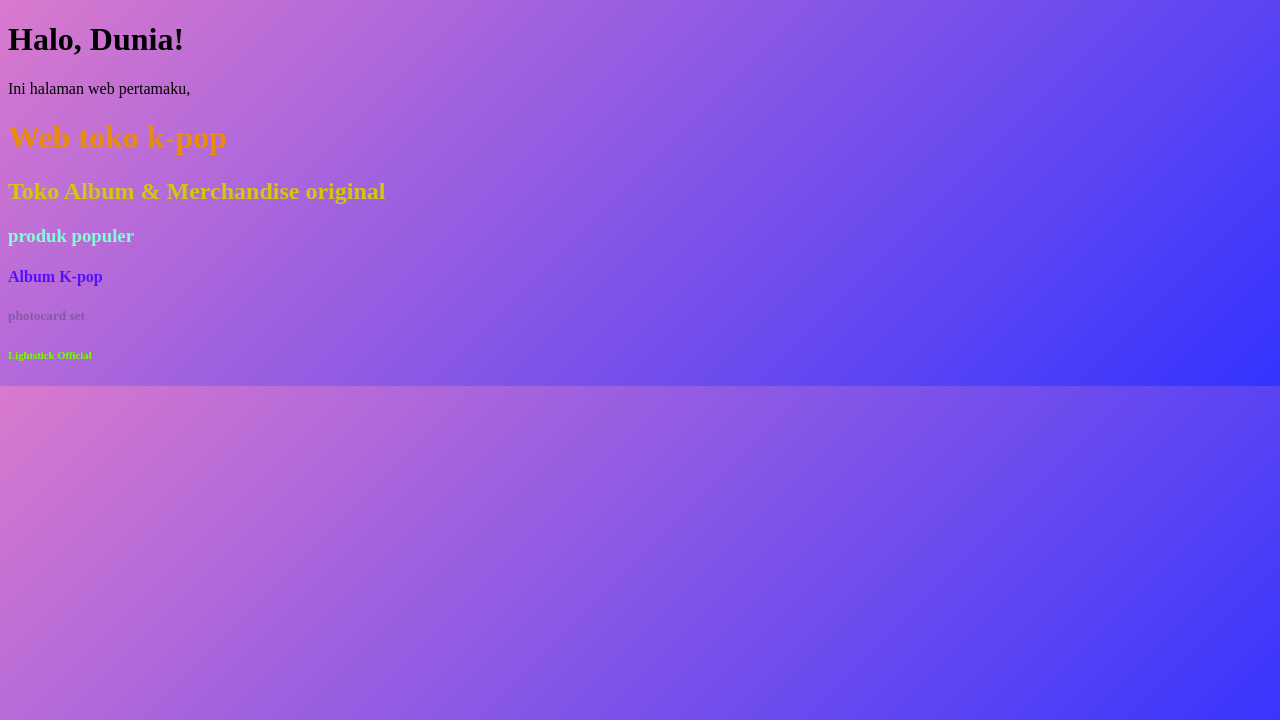
Repository: sekartazivi/241552010020-Web-Application-Development
Page: test.html
The author's editor kept a copy of each file at every save. The page is drawn from the files as they stood at one save, then again after the next save.
The browser window is 1280 px wide. The pictures show the whole page.

Above is the page before, as saved 2026-02-20 08:52:56.

### test.html
<!DOCTYPE html>
<html lang="en">
<head>
    <meta charset="UTF-8">
    <meta name="viewport" content="width=device-width, initial-scale=<,>">
    <title> web toko kpop</title>

    <style>
         body {
            background: linear-gradient(135deg, #d15ec3d3, #3333ff);
        }
    </style>

</head>
<body>
    <h1 style="color: black;">Halo, Dunia!</h1>
    <p>Ini halaman web pertamaku,</p>
    <h1 style="color: rgb(231, 141, 8);">Web toko k-pop</h1>
    <h2 style="color: rgb(210, 200, 11);">Toko Album & Merchandise original</h2>
    <h3 style="color: aquamarine;" >produk populer</h3>
    <h4 style="color: rgb(86, 16, 247);" >Album K-pop</h4>
    <h5 style="color: rgb(130, 91, 166);">photocard set</h5>
    <h6 style="color: rgb(119, 255, 0);">Lightstick Official</h6>
</body>
</html>

After the next save:
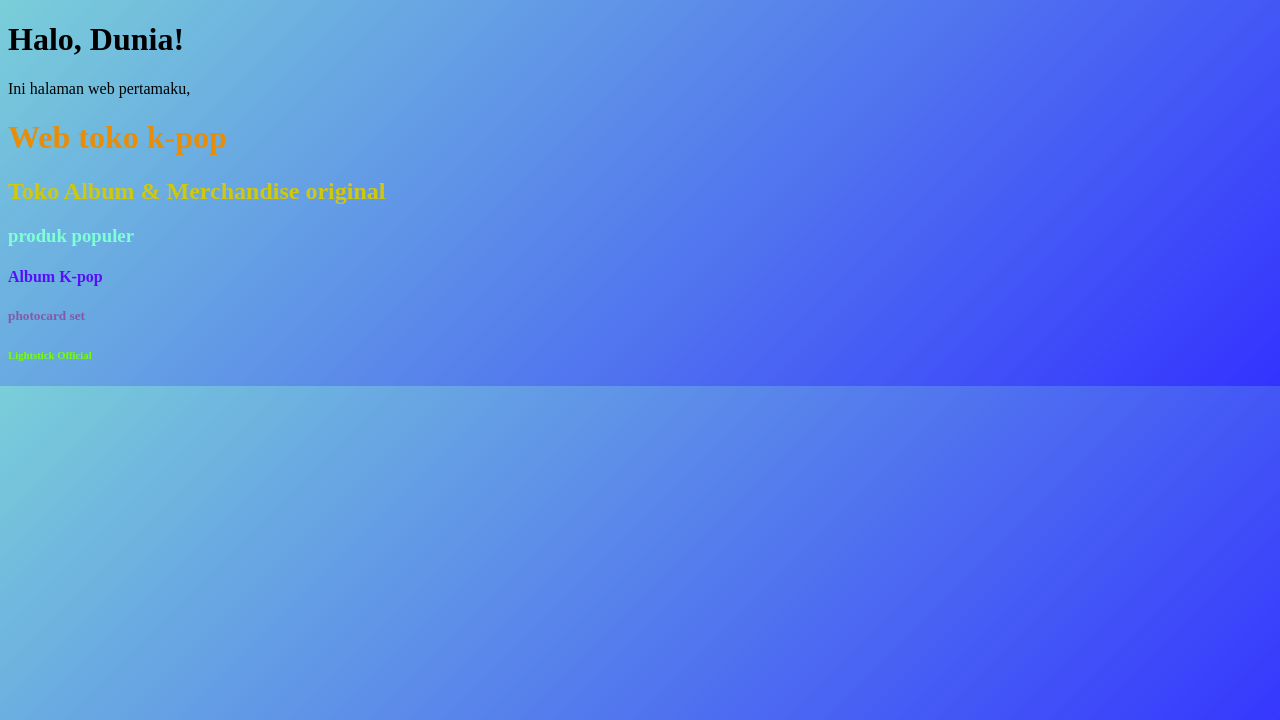
Saved 26 s later.
--- a/test.html
+++ b/test.html
@@ -7,7 +7,7 @@
 
     <style>
          body {
-            background: linear-gradient(135deg, #d15ec3d3, #3333ff);
+            background: linear-gradient(135deg, #5ec4d1d3, #3333ff);
         }
     </style>
 
